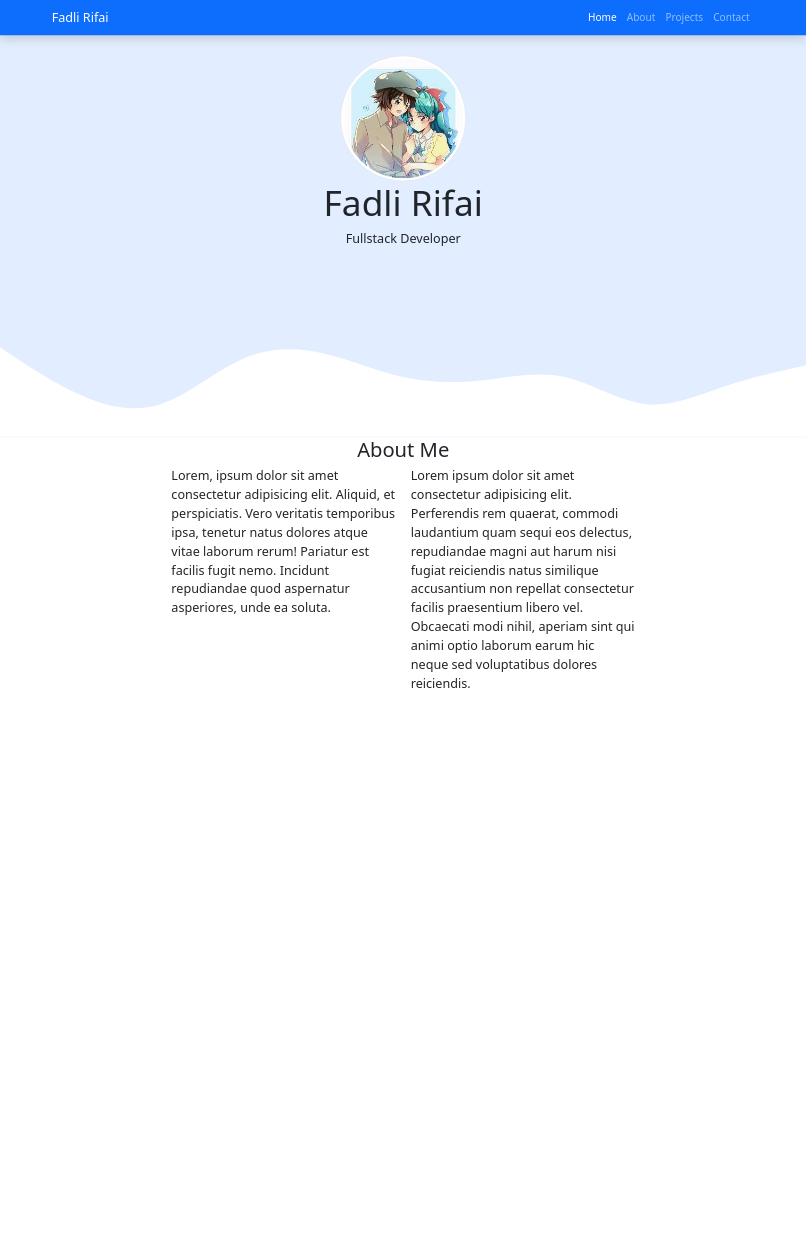
Repository: fadlyyy/fadli-dev.github.io
Page: index.html
The author's editor kept a copy of each file at every save. The page is drawn from the files as they stood at one save, then again after the next save.
The browser window is 1280 px wide. The pictures show the whole page, at 63% of full size.

Above is the page before, as saved 2024-01-19 10:40:09.

### index.html
<!DOCTYPE html>
<html lang="en">
  <head>
    <meta charset="utf-8" />
    <meta name="viewport" content="width=device-width, initial-scale=1" />
    <title>Bootstrap demo</title>
    <link href="https://cdn.jsdelivr.net/npm/bootstrap@5.2.3/dist/css/bootstrap.min.css" rel="stylesheet" integrity="sha384-rbsA2VBKQhggwzxH7pPCaAqO46MgnOM80zW1RWuH61DGLwZJEdK2Kadq2F9CUG65" crossorigin="anonymous" />
    <link rel="stylesheet" href="style.css" />
  </head>
  <body>
    <!-- Navbar -->
    <nav class="navbar navbar-expand-lg navbar-dark bg-primary shadow">
      <div class="container">
        <a class="navbar-brand" href="#">Fadli Rifai</a>
        <button class="navbar-toggler" type="button" data-bs-toggle="collapse" data-bs-target="#navbarNav" aria-controls="navbarNav" aria-expanded="false" aria-label="Toggle navigation">
          <span class="navbar-toggler-icon"></span>
        </button>
        <div class="collapse navbar-collapse" id="navbarNav">
          <ul class="navbar-nav ms-auto">
            <li class="nav-item">
              <a class="nav-link active" aria-current="page" href="#">Home</a>
            </li>
            <li class="nav-item">
              <a class="nav-link" href="#">About</a>
            </li>
            <li class="nav-item">
              <a class="nav-link" href="#">Projects</a>
            </li>
            <li class="nav-item">
              <a class="nav-link" href="#">Contact</a>
            </li>
          </ul>
        </div>
      </div>
    </nav>
    <!-- Navbar End -->

    <!-- Jumbotron -->
    <section class="jumbotron text-center">
      <img class="rounded-circle img-thumbnail" src="img/images.jpeg" alt="" width="200" />
      <h1 class="display-4">Fadli Rifai</h1>
      <p class="lead">Fullstack Developer</p>
      <svg xmlns="http://www.w3.org/2000/svg" viewBox="0 0 1440 320">
        <path
          fill="#ffffff"
          fill-opacity="1"
          d="M0,160L24,176C48,192,96,224,144,245.3C192,267,240,277,288,261.3C336,245,384,203,432,181.3C480,160,528,160,576,170.7C624,181,672,203,720,213.3C768,224,816,224,864,218.7C912,213,960,203,1008,213.3C1056,224,1104,256,1152,261.3C1200,267,1248,245,1296,229.3C1344,213,1392,203,1416,197.3L1440,192L1440,320L1416,320C1392,320,1344,320,1296,320C1248,320,1200,320,1152,320C1104,320,1056,320,1008,320C960,320,912,320,864,320C816,320,768,320,720,320C672,320,624,320,576,320C528,320,480,320,432,320C384,320,336,320,288,320C240,320,192,320,144,320C96,320,48,320,24,320L0,320Z"
        ></path>
      </svg>
    </section>
    <!-- Jumbotron End -->

    <!-- About -->
    <section id="about">
      <div class="container">
        <div class="row text-center">
          <div class="col">
            <h2>About Me</h2>
          </div>
        </div>
        <div class="row justify-content-center fs-5">
          <div class="col-4">
            <p>
              Lorem, ipsum dolor sit amet consectetur adipisicing elit. Aliquid, et perspiciatis. Vero veritatis temporibus ipsa, tenetur natus dolores atque vitae laborum rerum! Pariatur est facilis fugit nemo. Incidunt repudiandae quod
              aspernatur asperiores, unde ea soluta.
            </p>
          </div>
          <div class="col-4">
            <p>
              Lorem ipsum dolor sit amet consectetur adipisicing elit. Perferendis rem quaerat, commodi laudantium quam sequi eos delectus, repudiandae magni aut harum nisi fugiat reiciendis natus similique accusantium non repellat
              consectetur facilis praesentium libero vel. Obcaecati modi nihil, aperiam sint qui animi optio laborum earum hic neque sed voluptatibus dolores reiciendis.
            </p>
          </div>
        </div>
      </div>
    </section>
    <!-- About End -->

    <script src="https://cdn.jsdelivr.net/npm/bootstrap@5.2.3/dist/js/bootstrap.bundle.min.js" integrity="sha384-kenU1KFdBIe4zVF0s0G1M5b4hcpxyD9F7jL+jjXkk+Q2h455rYXK/7HAuoJl+0I4" crossorigin="anonymous"></script>
  </body>
</html>

### style.css
body {
  min-height: 2000px;
}

.jumbotron {
  padding-top: 2rem;
  background-color: #e2edff;
}

After the next save:
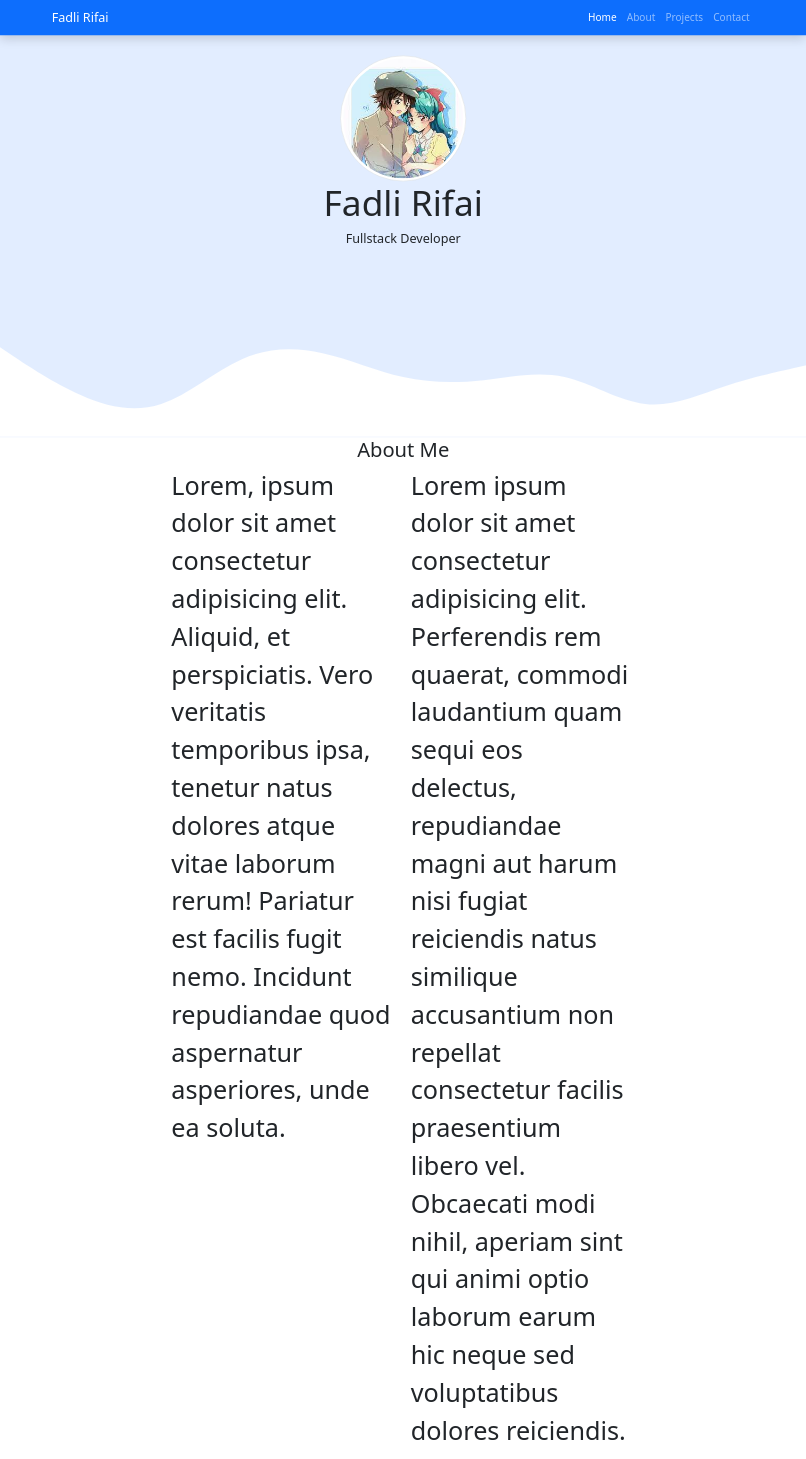
Saved 5 s later.
--- a/index.html
+++ b/index.html
@@ -58,7 +58,7 @@
             <h2>About Me</h2>
           </div>
         </div>
-        <div class="row justify-content-center fs-5">
+        <div class="row justify-content-center fs-1">
           <div class="col-4">
             <p>
               Lorem, ipsum dolor sit amet consectetur adipisicing elit. Aliquid, et perspiciatis. Vero veritatis temporibus ipsa, tenetur natus dolores atque vitae laborum rerum! Pariatur est facilis fugit nemo. Incidunt repudiandae quod
